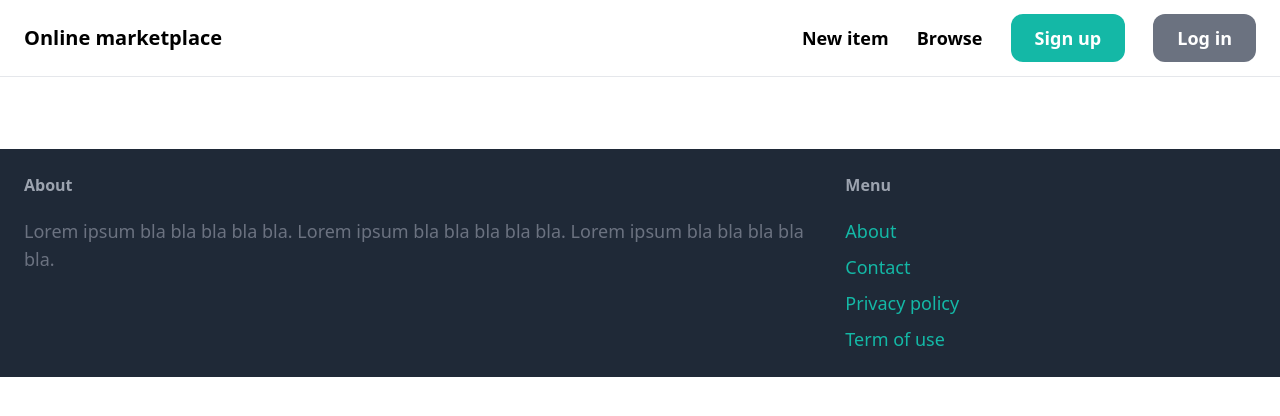
Repository: Anamikatiwari/Online_Market_Place
Page: item/templates/item/form.html
These files come from the project's save history. The page is drawn as it stood at one moment and after the next save; the edit follows.
The browser window is 1280 px wide. The pictures show the whole page.
Some web libraries are served in a nearby version. The template is drawn by Django 5.2. The application's start-up code is not run. The template is opened directly, without the code that normally fills it, so the values that code supplies are empty.

Above is the page before, as saved 2024-09-06 11:45:10.

After the next save:
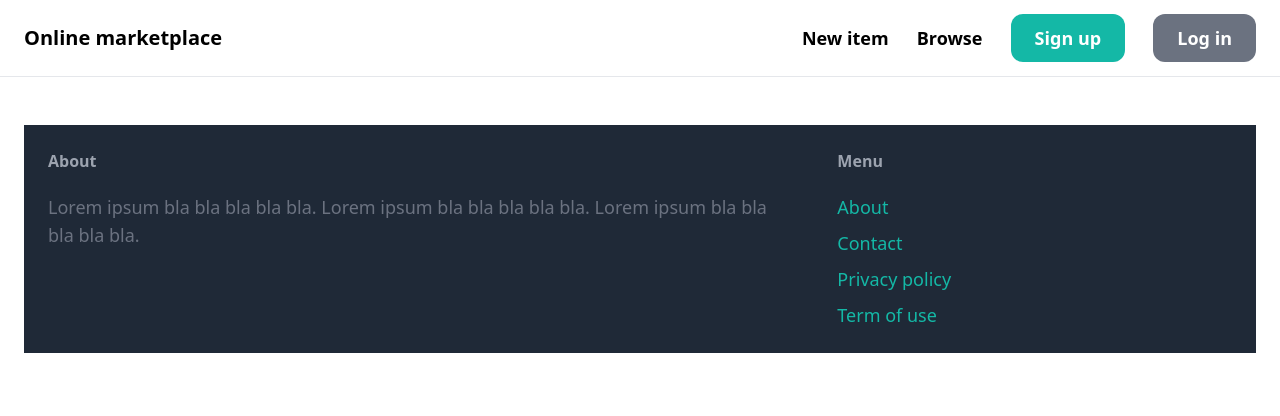
Saved 6 s later.
--- a/item/templates/item/form.html
+++ b/item/templates/item/form.html
@@ -5,5 +5,5 @@
 {% block content %}
 <h1 class="mb-6 text-3xl">{{ title }}</h1>
 
-
+<for
 {% endblock content %}

After the 3 saves that followed:
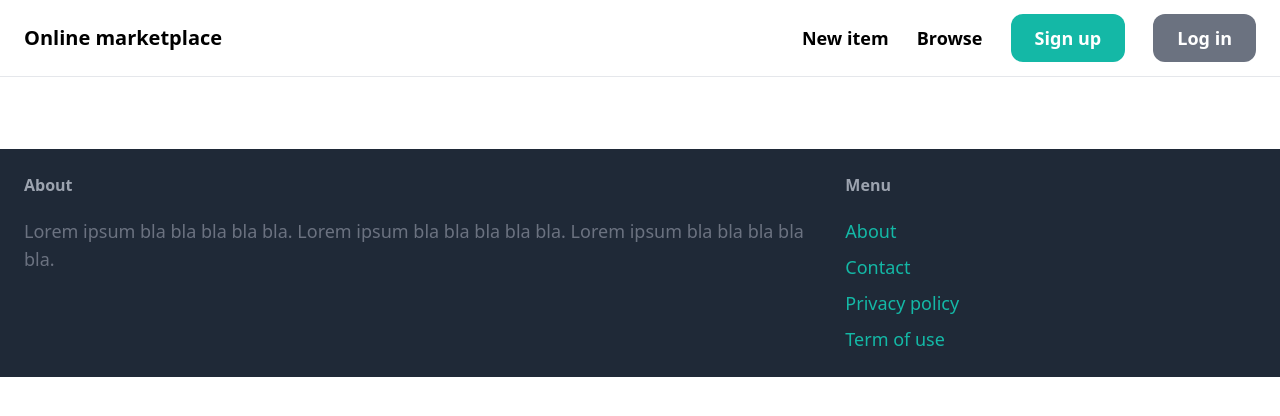
The 3 saves are shown as one change because they came seconds apart.
The last was saved 10 s later.
--- a/item/templates/item/form.html
+++ b/item/templates/item/form.html
@@ -5,5 +5,7 @@
 {% block content %}
 <h1 class="mb-6 text-3xl">{{ title }}</h1>
 
-<for
+<form>
+    {% csrf_token %}
+</form>
 {% endblock content %}
